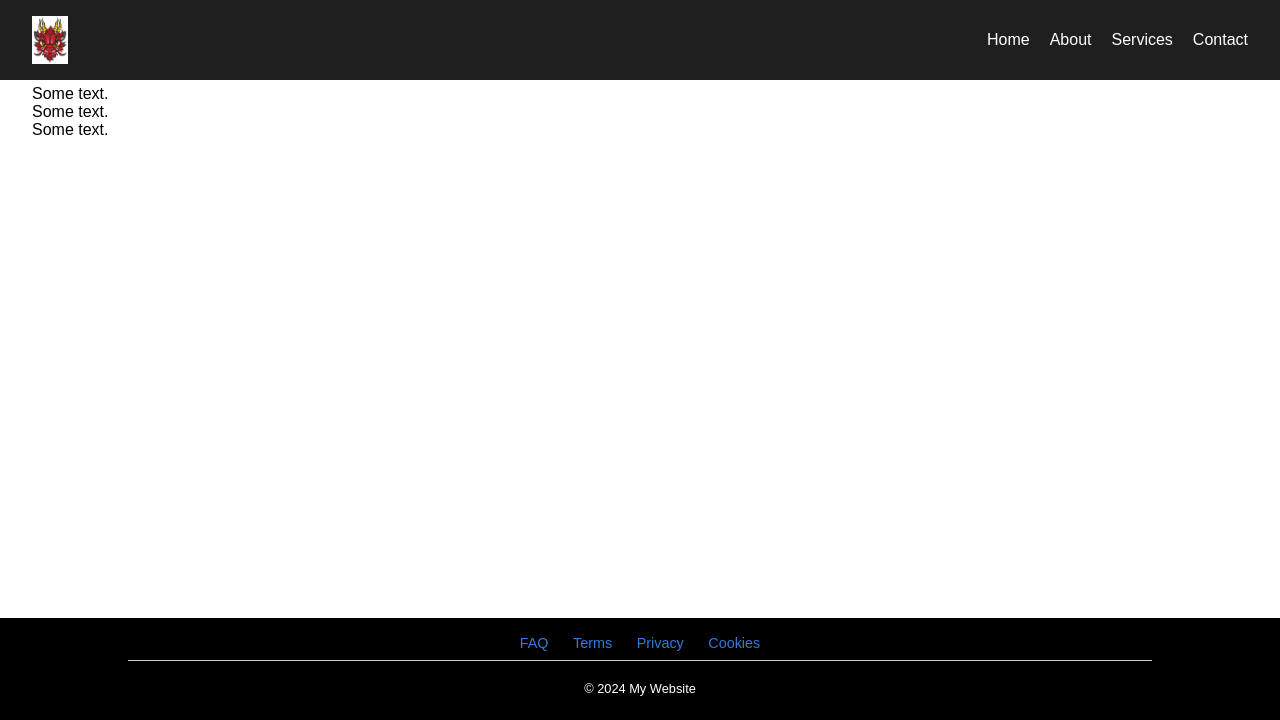
Repository: andreamm-lab/css-positioning-examples-2025-10
Page: index.html
The author's editor kept a copy of each file at every save. The page is drawn from the files as they stood at one save, then again after the next save.
The browser window is 1280 px wide. The pictures show the whole page.

Above is the page before, as saved 2025-11-10 19:12:42.

After the next save:
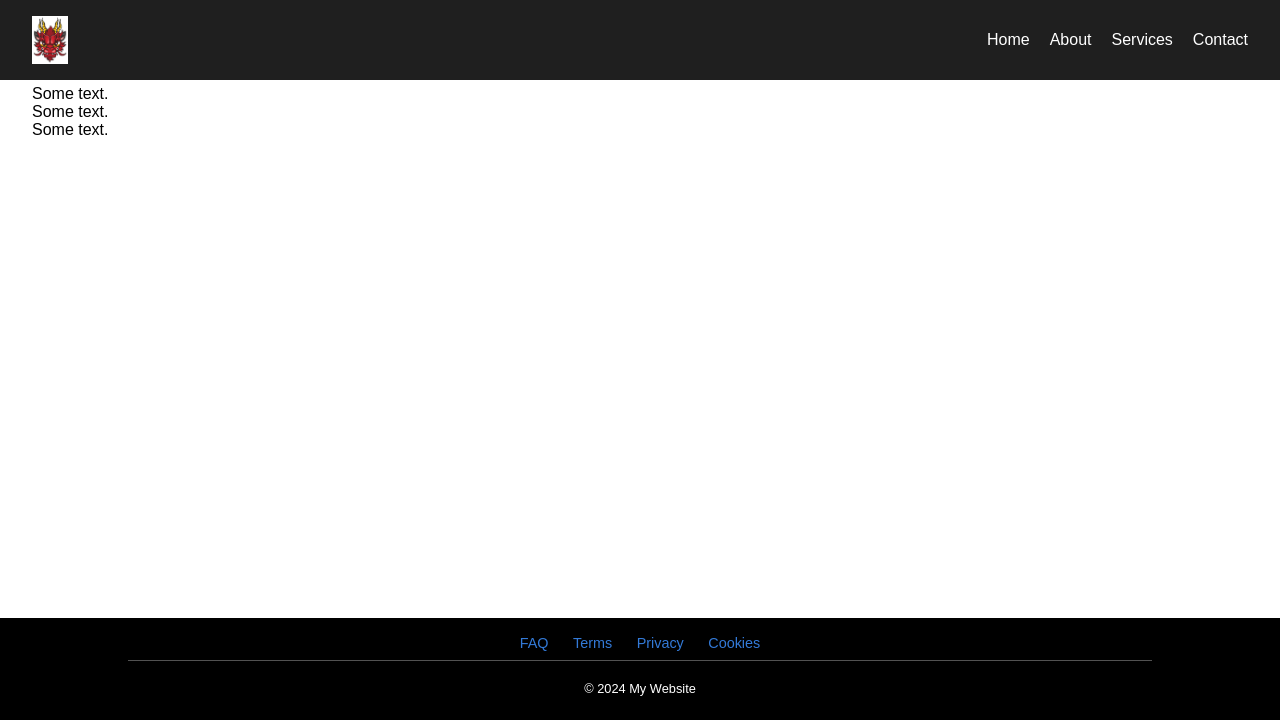
Saved 72 s later.
--- a/main.css
+++ b/main.css
@@ -278,11 +278,12 @@ main.page {
 
 /* Line separation */
 .footer-line {
-    border: none;
-    border-top: 0.1px solid #ccc;
-    width: 80%;
-    margin: 8px auto 12px;
-}
+  border: none;
+  border-top: 1px solid rgba(204, 204, 204, 0.4); /* mismo grosor, más suave */
+  width: 80%;
+  margin: 8px auto 12px;
+}
+
 
 /* Last Line Text: My Website */
 #main-footer p {
